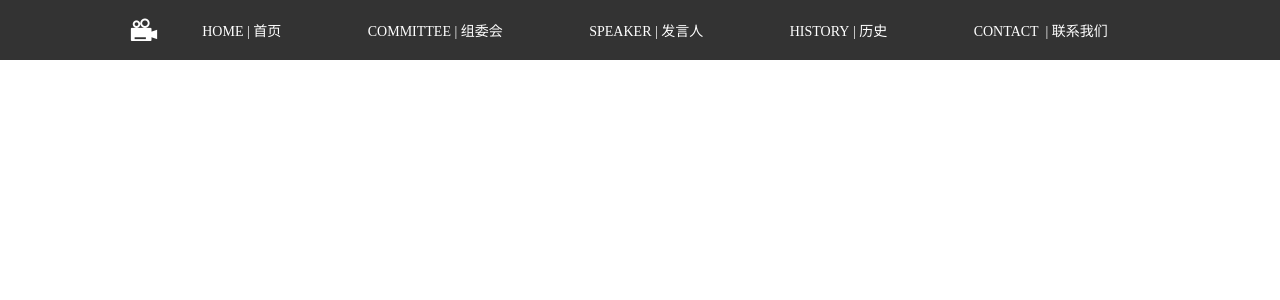
Repository: sunfeinb/huiyi
Page: /
These files come from the project's save history. The page is drawn as it stood at one moment and after the next save; the edit follows.
The browser window is 1280 px wide. The pictures show the whole page.
The project was rebuilt for these pictures with package versions that can differ from the ones it lists, and the page was loaded fresh each time.

Above is the page before, as saved 2021-11-02 16:45:13.

### src/App.vue
<template>
  <div id="app">
    <router-view/>
  </div>
</template>

<style lang="scss">
*{
  margin: 0px;
  padding: 0px;
}
</style>

### src/router/index.js
import Vue from 'vue'
import VueRouter from 'vue-router'
import Home from '../views/Home.vue'

Vue.use(VueRouter)

const routes = [
  {
    path: '/',
    name: 'Home',
    component: Home,
    meta: { title: '首页' }
  },

  {
    path: '/About',
    name: 'About',
    component: () => import("../views/About"),
    meta: { title: "关于" }
  }
]

const router = new VueRouter({
  mode: 'history',
  base: process.env.BASE_URL,
  routes
})
router.beforeEach((to, form,next, ) => {
    document.title = to.meta.title
  next()
})
export default router

### src/views/Home.vue
<template>
  <div>
    <el-container>
      <el-header style="  background-color: #333;" class="headering">
        <div class="box">
          <div>
            <i class="el-icon-video-camera-solid" style="font-size:30px"></i>
          </div>
          <div class="box1">
            <div class="homeing">HOME&nbsp;|&nbsp;首页</div>
            <div class="commit">COMMITTEE&nbsp;|&nbsp;组委会</div>
            <div class="Speaker">SPEAKER&nbsp;|&nbsp;发言人</div>
            <div class="hist">HISTORY&nbsp;|&nbsp;历史</div>
            <div class="conta">CONTACT &nbsp;|&nbsp;联系我们</div>
          </div>
        </div>
      </el-header>
      <div style="height:60px"></div>
      <el-main>
        <!-- 轮播图 -->
        <div>

        </div>
      </el-main>
    </el-container>
  </div>
</template>

<script>
export default {
  props: {},
  data() {
    return {
      name: "",
      data:[
        {
          name:"../assets/VCG211247746810.jpg"
        },
        {
          name:"../assets/VCG2182ba126dd.jpg"
        },
        {
          name:"../assets/VCG41N1124651573.jpg"
        }
      ]
    };
  },
  components: {},
  methods: {},
  mounted() {},
  computed: {},
  watch: {}
};
</script>

<style lang='scss' scoped>
.headering {
  position: fixed;
  width: 100%;
}
.box {
  display: flex;
  justify-content: center;
  align-items: center;
  height: 100%;
  font-size: 14px;
  color: white;
  // position: fixed;
}
.box1 {
  cursor: pointer;
  justify-content: space-around;
  width: 80%;
  display: flex;
}

.homeing:hover {
  color: red;
}
.commit:hover {
  color: red;
}
.Speaker:hover {
  color: red;
}
.hist:hover {
  color: red;
}
.conta:hover {
  color: red;
}
</style>

Loaded but not shown: public/index.html (common file); src/main.js (common file); src/store/index.js (common file)

After the next save:
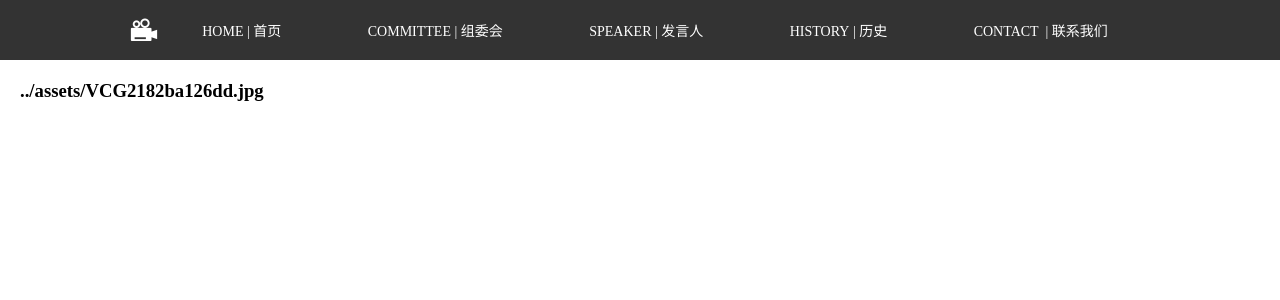
Saved 2 min 8 s later.
--- a/src/views/Home.vue
+++ b/src/views/Home.vue
@@ -19,7 +19,11 @@
       <el-main>
         <!-- 轮播图 -->
         <div>
-
+          <el-carousel height="150px">
+            <el-carousel-item v-for="item in data" :key="item">
+              <h3 class="small">{{ item.name }}</h3>
+            </el-carousel-item>
+          </el-carousel>
         </div>
       </el-main>
     </el-container>
@@ -32,15 +36,15 @@
   data() {
     return {
       name: "",
-      data:[
+      data: [
         {
-          name:"../assets/VCG211247746810.jpg"
+          name: "../assets/VCG211247746810.jpg"
         },
         {
-          name:"../assets/VCG2182ba126dd.jpg"
+          name: "../assets/VCG2182ba126dd.jpg"
         },
         {
-          name:"../assets/VCG41N1124651573.jpg"
+          name: "../assets/VCG41N1124651573.jpg"
         }
       ]
     };
